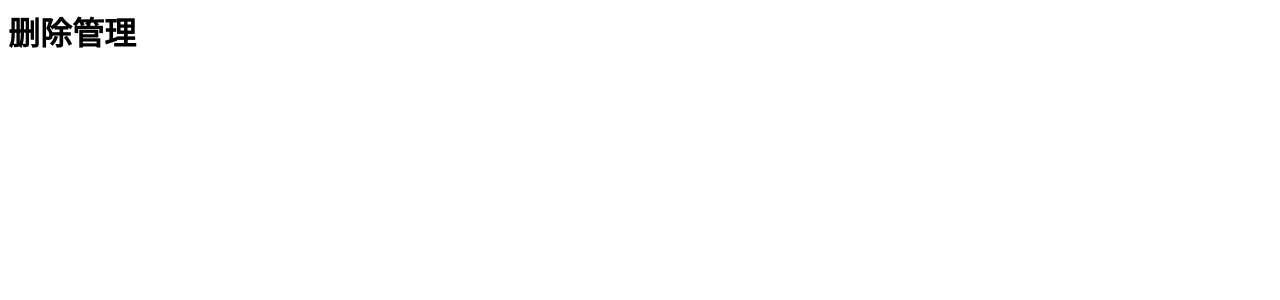
Repository: wikelgc/JSP
Page: http://localhost/yuangongguanli_DAO/emp_delete.jsp
The author's editor kept a copy of each file at every save. The page is drawn from the files as they stood at one save, then again after the next save.
The browser window is 1280 px wide. The pictures show the whole page.
The page is served by Tomcat 9.

Above is the page before, as saved 2015-06-12 10:10:19.

After the next save:
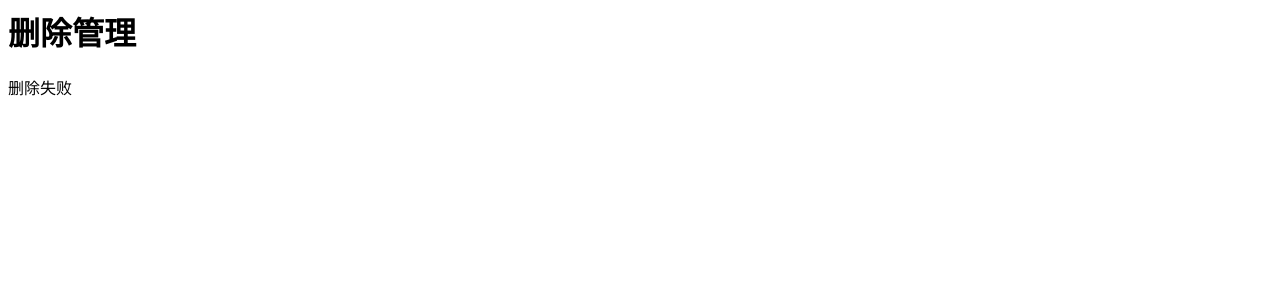
Saved 3 min 57 s later.
--- a/yuangongguanli_DAO/WebRoot/emp_delete.jsp
+++ b/yuangongguanli_DAO/WebRoot/emp_delete.jsp
@@ -14,12 +14,19 @@
   <%
   try{
      String empno=request.getParameter("empno");
+     System.out.print(empno);
      if(empno==null){
          empno="";
       }
        IEmpDAO  EDAO= new EmpDAOImpl();
-      EDAO.doRemove(empno);
-     %>
+       boolean a = EDAO.doRemove(empno);
+
+       if(a == true )
+       		%>删除成功！<%
+       else %>删除失败<%
+
+  %>
+
 
   <%
   }catch(Exception e){
